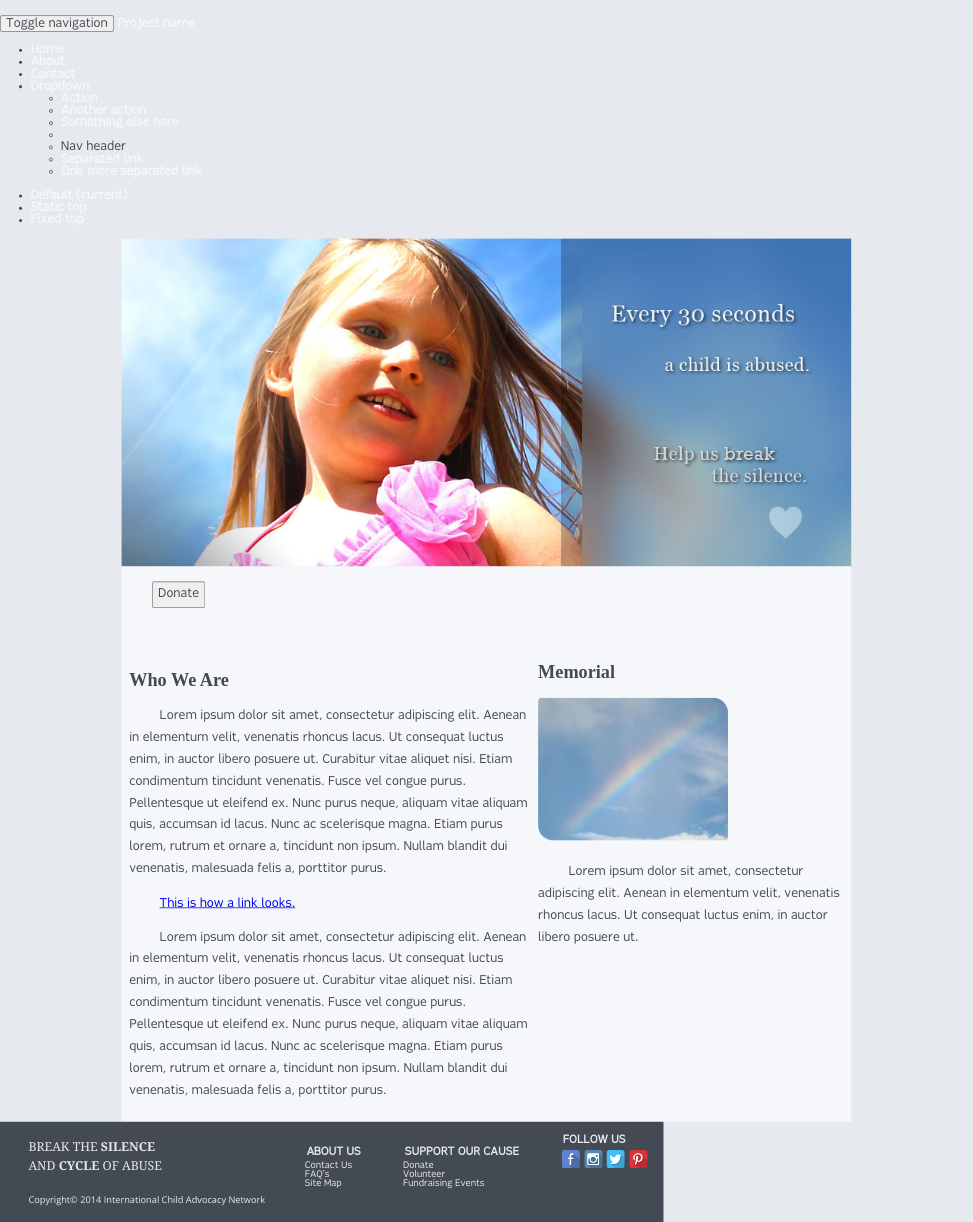
Repository: Rob21789/Yes-I-Can
Page: index.html
The author's editor kept a record of every edit. The page is drawn from the files as they stood at one moment, then again after the next edit.
The browser window is 1280 px wide. The pictures show the whole page, at 76% of full size.
Some web fonts or font styles are not loaded; a fallback is used. Some web libraries are served in a nearby version.

Above is the page before.
Not found: assets/js/ie-emulation-modes-warning.js
Not found: assets/js/ie10-viewport-bug-workaround.js

After the next edit:
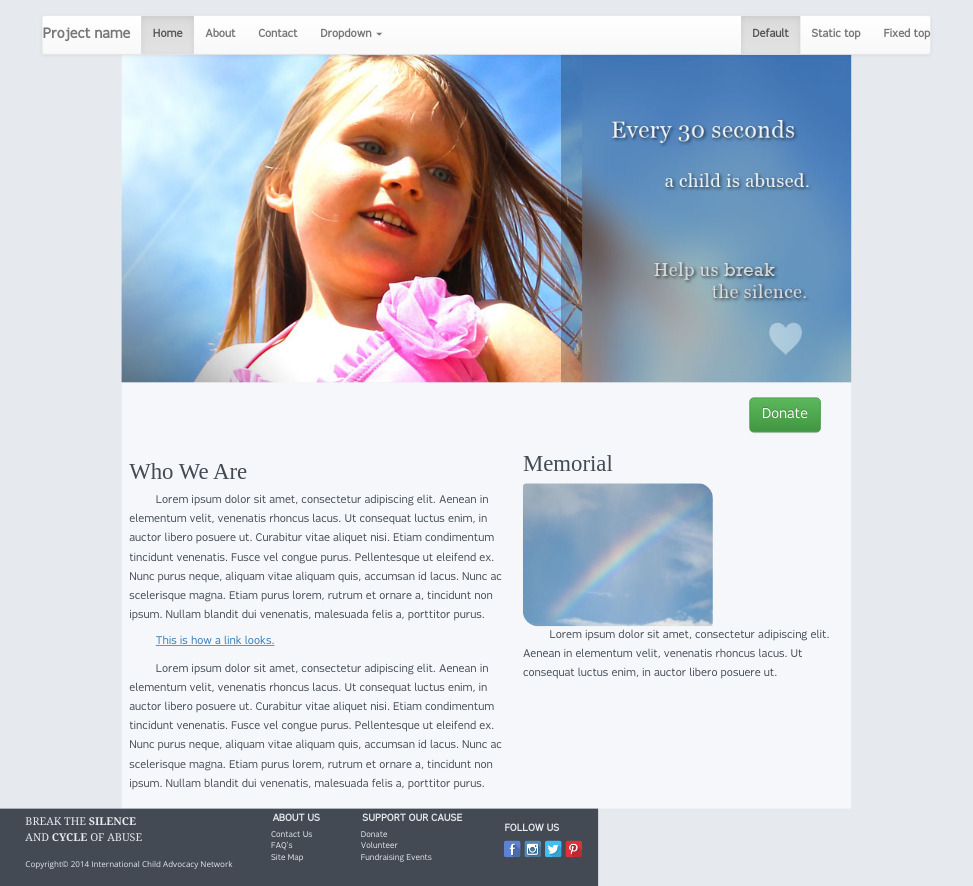
The edit:
--- a/index.html
+++ b/index.html
@@ -16,6 +16,9 @@
   <script src="../../assets/js/ie-emulation-modes-warning.js"></script>
 
 
+    <link href="css/bootstrap.min.css" rel="stylesheet">
+
+    <link href="css/bootstrap-theme.min.css" rel="stylesheet">
 
   <link href="navbar.css" rel="stylesheet">
 	<link rel="stylesheet" href="css/normalize.css"/>
